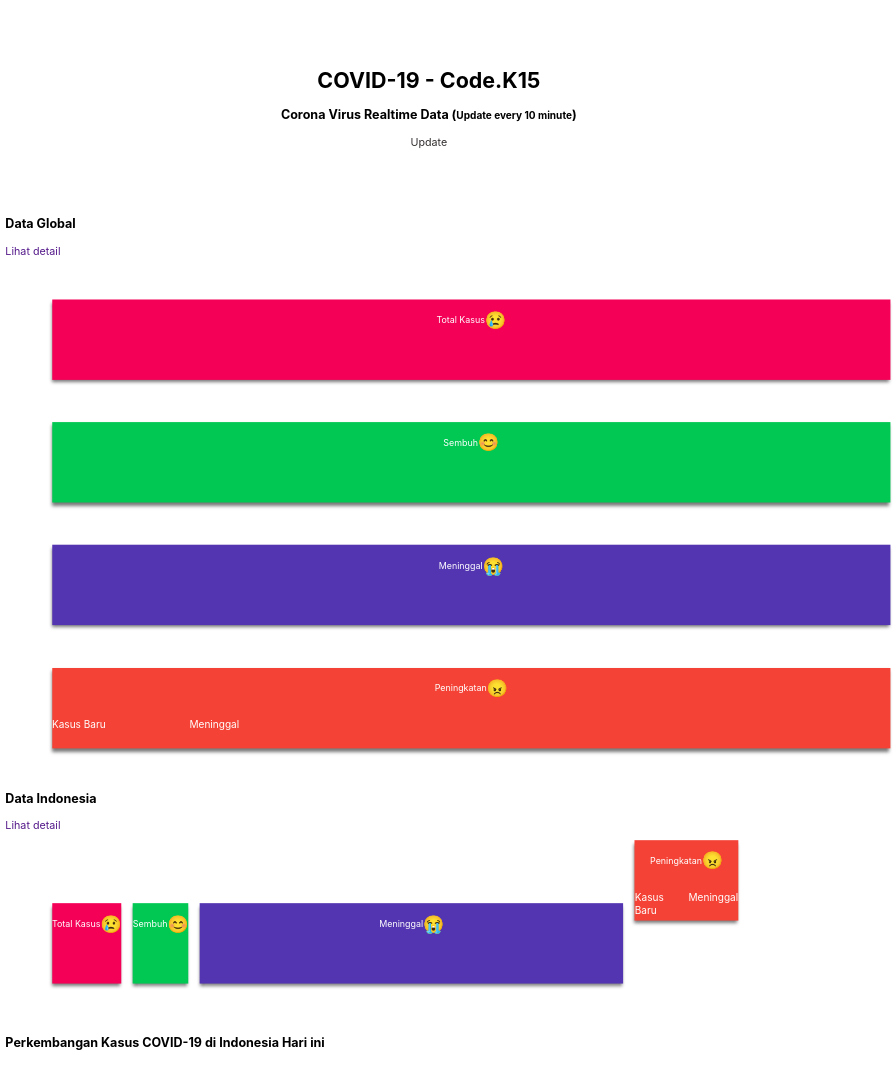
Repository: fathur15/covid19-monitoring
Page: http://localhost/covid19/apps/views/data/main/dashboard.php
These files come from the project's save history. The page is drawn as it stood at one moment and after the next save; the edit follows.
The browser window is 1280 px wide. The page is 1335 px wide, so the pictures cover 1335 px, including what lies to the right of the window. The pictures show the whole page, at 67% of full size.
The page is run by PHP 8.4 with error messages shown; the project is at /var/www/html/.

Above is the page before, as saved 2020-04-17 11:17:26.

### apps/views/data/main/dashboard.php

<style>
    *{
        font-family: -apple-system, BlinkMacSystemFont, 'Segoe UI', Roboto, Oxygen, Ubuntu, Cantarell, 'Open Sans', 'Helvetica Neue', sans-serif
    }
    .resume p, h5{
        color: white;
        font-weight: 400;
    }
    .shadow-box{
        -webkit-box-shadow: 0 15px 10px #777;
        -moz-box-shadow: 0 15px 10px #777;
        box-shadow: 0 5px 5px #777;

    }
    .content-main-wrapper{
        margin: 5% 0;
    }
    /* .shadow-box:after{
        -webkit-transform: rotate(3deg);
        -moz-transform: rotate(3deg);
        -o-transform: rotate(3deg);
        -ms-transform: rotate(3deg);
        transform: rotate(3deg);
        right: 10px;
        left: auto;
    } */

</style>
<div class="content">
    <div class="heading" style="margin: 100px 30%; text-align: center">
        <h1>COVID-19 - Code.K15</h1>
        <h3>Corona Virus Realtime Data (<small style="font-size: 15px">Update every 10 minute</small>)</h3>
        <p id="date-update" style="color: #353030;">Update</p>
    </div>
    <div class="main">
        <div class="container">
            <div class="row content-main-wrapper">
                <div class="head-main-content">
                    <h3>Data Global</h3>
                    <a style="text-decoration: none" href="">Lihat detail  <i class="fas fa-long-arrow-alt-right" aria-hidden="true"></i></a>
                </div>
                <div id="resumeGlobal" class="row resume" style="width: 100%; margin: 0 5%" >
                        <div class="card col-sm-3 shadow-box" style="background: #f50057; margin:5% 0.5%; align-items: center; height: 120px ">
                            <div class="card-body">
                                <div style="flex-direction: row; display: flex; justify-content: center; align-items: center">
                                    <h5 id="title-kasus-global" class="card-text">Total Kasus</h5>
                                    <span style="color: black; font-size: 25px; text-shadow: 0 0 0 yellow">&#x1F622</span>
                                </div>
                                <p class="card-text" id="kasus-global"></p>
                            </div>
                        </div>
                        <div class="col-sm-3 shadow-box" style="background: #00c853; margin: 5% 0.5%; align-items: center; height: 120px ">
                            <div class="card-body">
                                <div style="flex-direction: row; display: flex; justify-content: center; align-items: center">
                                    <h5 id="title-kasus-global" class="card-text">Sembuh</h5>
                                    <span style="color: black; font-size: 25px; text-shadow: 0 0 0 yellow">&#x1F60A</span>
                                </div>
                                <p class="card-text" id="sembuh-global"></p>
                                <!-- <p style="">Orang</p> -->
                            </div>
                        </div>
                        <div class=" card col-sm-3 shadow-box" style="margin:5% 0.5%;height: 120px;align-items: center;  background :#5335b1">
                            <div class="card-body">
                                <div style="flex-direction: row; display: flex; justify-content: center; align-items: center;">
                                    <h5 id="title-kasus-global" class="card-text">Meninggal</h5>
                                    <span style="color: black; font-size: 25px; text-shadow: 0 0 0 yellow">&#x1F62D</span>
                                </div>
                                <p class="card-text" id="meninggal-global"></p>
                                <!-- <p style="">Orang</p> -->
                            </div>
                        </div>
                        <div class="card col-sm-3 shadow-box" style="margin:5% 0.5%; height: 120px; background: #f44336">
                            <div class="card-body">
                                <div style="flex-direction: row; display: flex; justify-content: center; align-items: center;">
                                    <h5 id="title-kasus-global" class="card-text">Peningkatan</h5>
                                    <span style="color: black; font-size: 25px; text-shadow: 0 0 0 yellow">&#x1F620</span>
                                </div>
                                <div style="flex-direction: row; display: flex;">
                                    <p style="font-size: 15px">Kasus Baru</p>
                                    <p style="margin-left: 10%; font-size: 15px">Meninggal </p>
                                </div>
                                <div style="display: flex; margin-top: -9%">
                                    <p style="font-size: 15px" class="card-text" id="kasus-baru-global"></p>
                                    <p style="margin-left: 10%; font-size: 15px" class="card-text" id="meninggal-baru-global"></p>
                                </div>
                            </div>
                        </div>
                    </div>
                </div>
            <div class="row content-main-wrapper" >
                <div class="head-main-content">
                    <h3>Data Indonesia</h3>
                    <a style="text-decoration: none" href="">Lihat detail  <i class="fas fa-long-arrow-alt-right" aria-hidden="true"></i></a>
                </div>
                <div id="resumeIndonesia" class="row resume" style="width: 100%; margin: 0 5%;" >
                    <div class="card col-sm-12 col-md-6 col-lg-6 col-xl-3 shadow-box" style="background: #f50057; margin: 1% 0.5%; display: inline-block; align-items: center; height: 120px ">
                        <div class="card-body">
                            <div style="flex-direction: row; display: flex; justify-content: center; align-items: center">
                                <h5 id="title-kasus-indonesia" class="card-text">Total Kasus</h5>
                                <span style="color: black; font-size: 25px; text-shadow: 0 0 0 yellow">&#x1F622</span>
                            </div>
                            <p style="font-size: 14px" class="card-text" id="kasus-indonesia"></p>
                        </div>
                    </div>
                    <div class="card col-sm-12 col-md-6 col-lg-6 col-xl-3 shadow-box" style="background: #00c853; margin: 1% 0.5%; display: inline-block; align-items: center; height: 120px ">
                        <div class="card-body">
                            <div style="flex-direction: row; display: flex; justify-content: center; align-items: center">
                                <h5 id="title-kasus-indonesia" class="card-text">Sembuh</h5>
                                <span style="color: black; font-size: 25px; text-shadow: 0 0 0 yellow">&#x1F60A</span>
                            </div>
                            <p class="card-text" id="sembuh-indonesia"></p>
                        </div>
                    </div>
                    <div class="card col-sm-12 col-md-6 col-lg-6 col-xl-3 shadow-box" style="margin: 1% 0.5%; display: inline-block; height: 120px;align-items: center; width: 50%;  background :#5335b1">
                        <div class="card-body">
                            <div style="flex-direction: row; display: flex; justify-content: center; align-items: center;">
                                <h5 id="title-kasus-indonesia" class="card-text">Meninggal</h5>
                                <span style="color: black; font-size: 25px; text-shadow: 0 0 0 yellow">&#x1F62D</span>
                            </div>
                            <p class="card-text" id="meninggal-indonesia"></p>
                        </div>
                    </div>
                    <div class="card col-sm-12 col-md-6 col-lg-6 col-xl-3 shadow-box" style="margin: 1% 0.5%; display: inline-block; height: 120px; background: #f44336">
                        <div class="card-body">
                            <div style="flex-direction: row; display: flex; justify-content: center; align-items: center;">
                                <h5 id="title-kasus-indonesia" class="card-text">Peningkatan</h5>
                                <span style="color: black; font-size: 25px; text-shadow: 0 0 0 yellow">&#x1F620</span>
                            </div>
                            <div style="flex-direction: row; display: flex;">
                                <p style="font-size: 15px">Kasus Baru</p>
                                <p style="margin-left: 10%; font-size: 15px">Meninggal </p>
                            </div>
                            <div style="display: flex; margin-top: -9%">
                                <p style="font-size: 15px" class="card-text" id="kasus-baru-indonesia"></p>
                                <p style="margin-left: 10%; font-size: 15px" class="card-text" id="meninggal-baru-indonesia"></p>
                            </div>
                        </div>
                    </div>
                </div>
            </div>
            <div class="row content-main-wrapper" >
                <div class="head-main-content">
                    <h3>Perkembangan Kasus COVID-19 di Indonesia Hari ini</h3>
                </div>
            </div>
        </div>
    </div>
</div>

After the next save:
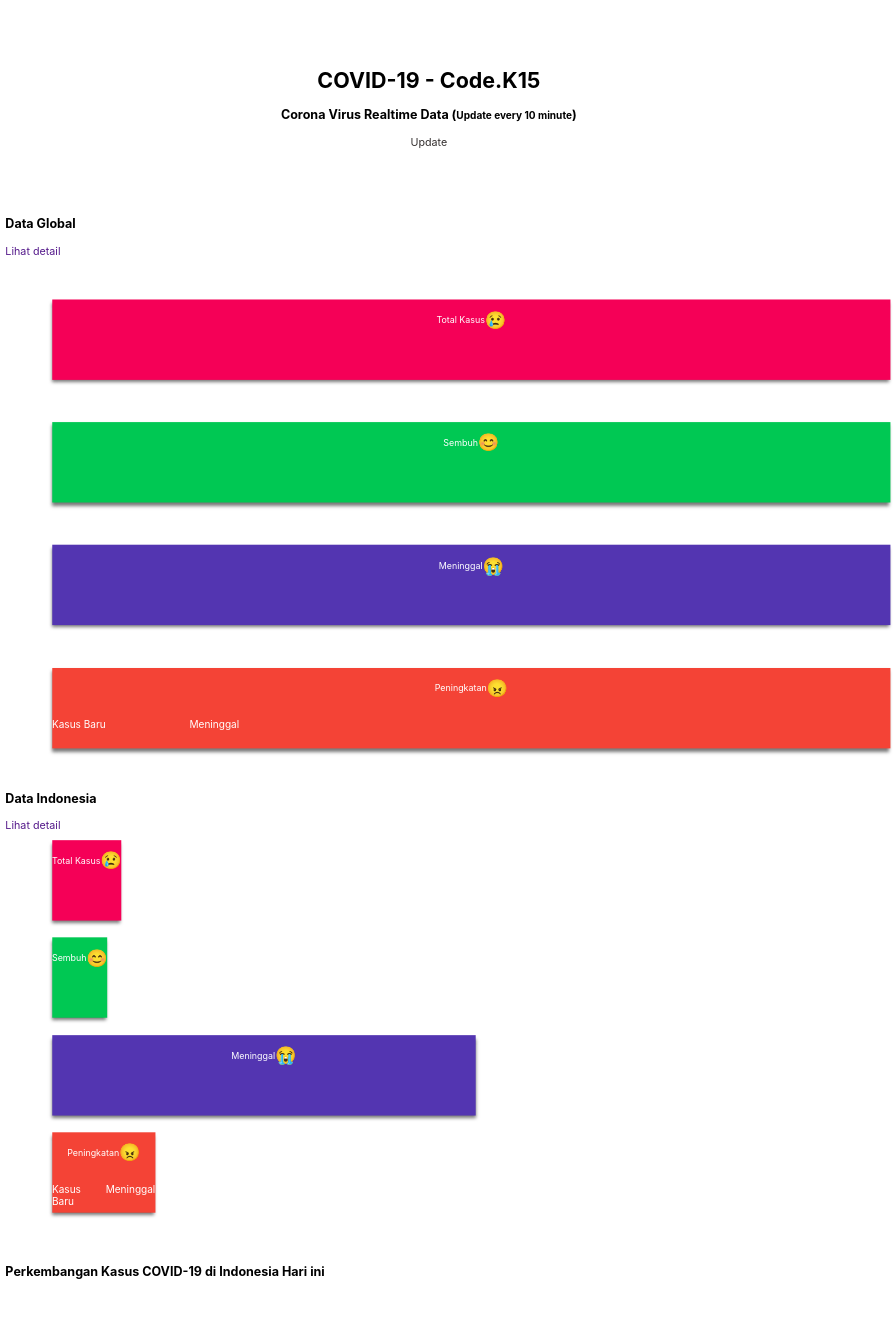
Saved 5 min 3 s later.
--- a/apps/views/data/main/dashboard.php
+++ b/apps/views/data/main/dashboard.php
@@ -93,47 +93,55 @@
                     <h3>Data Indonesia</h3>
                     <a style="text-decoration: none" href="">Lihat detail  <i class="fas fa-long-arrow-alt-right" aria-hidden="true"></i></a>
                 </div>
-                <div id="resumeIndonesia" class="row resume" style="width: 100%; margin: 0 5%;" >
-                    <div class="card col-sm-12 col-md-6 col-lg-6 col-xl-3 shadow-box" style="background: #f50057; margin: 1% 0.5%; display: inline-block; align-items: center; height: 120px ">
-                        <div class="card-body">
-                            <div style="flex-direction: row; display: flex; justify-content: center; align-items: center">
-                                <h5 id="title-kasus-indonesia" class="card-text">Total Kasus</h5>
-                                <span style="color: black; font-size: 25px; text-shadow: 0 0 0 yellow">&#x1F622</span>
+                 <div id="resumeIndonesia" class="row resume" style="width: 100%; margin: 0 5%;" >
+                    <div class ="col-sm-12 col-md-6 col-lg-6 col-xl-3">
+                        <div class="card shadow-box" style="background: #f50057; margin: 1% 0.5%; display: inline-block; align-items: center; height: 120px ">
+                            <div class="card-body">
+                                <div style="flex-direction: row; display: flex; justify-content: center; align-items: center">
+                                    <h5 id="title-kasus-indonesia" class="card-text">Total Kasus</h5>
+                                    <span style="color: black; font-size: 25px; text-shadow: 0 0 0 yellow">&#x1F622</span>
+                                </div>
+                                <p style="font-size: 14px" class="card-text" id="kasus-indonesia"></p>
                             </div>
-                            <p style="font-size: 14px" class="card-text" id="kasus-indonesia"></p>
                         </div>
                     </div>
-                    <div class="card col-sm-12 col-md-6 col-lg-6 col-xl-3 shadow-box" style="background: #00c853; margin: 1% 0.5%; display: inline-block; align-items: center; height: 120px ">
-                        <div class="card-body">
-                            <div style="flex-direction: row; display: flex; justify-content: center; align-items: center">
-                                <h5 id="title-kasus-indonesia" class="card-text">Sembuh</h5>
-                                <span style="color: black; font-size: 25px; text-shadow: 0 0 0 yellow">&#x1F60A</span>
+                    <div class ="col-sm-12 col-md-6 col-lg-6 col-xl-3">
+                        <div class="card shadow-box" style="background: #00c853; margin: 1% 0.5%; display: inline-block; align-items: center; height: 120px ">
+                            <div class="card-body">
+                                <div style="flex-direction: row; display: flex; justify-content: center; align-items: center">
+                                    <h5 id="title-kasus-indonesia" class="card-text">Sembuh</h5>
+                                    <span style="color: black; font-size: 25px; text-shadow: 0 0 0 yellow">&#x1F60A</span>
+                                </div>
+                                <p class="card-text" id="sembuh-indonesia"></p>
                             </div>
-                            <p class="card-text" id="sembuh-indonesia"></p>
                         </div>
                     </div>
-                    <div class="card col-sm-12 col-md-6 col-lg-6 col-xl-3 shadow-box" style="margin: 1% 0.5%; display: inline-block; height: 120px;align-items: center; width: 50%;  background :#5335b1">
-                        <div class="card-body">
-                            <div style="flex-direction: row; display: flex; justify-content: center; align-items: center;">
-                                <h5 id="title-kasus-indonesia" class="card-text">Meninggal</h5>
-                                <span style="color: black; font-size: 25px; text-shadow: 0 0 0 yellow">&#x1F62D</span>
+                    <div class ="col-sm-12 col-md-6 col-lg-6 col-xl-3">
+                        <div class="card shadow-box" style="margin: 1% 0.5%; display: inline-block; height: 120px;align-items: center; width: 50%;  background :#5335b1">
+                            <div class="card-body">
+                                <div style="flex-direction: row; display: flex; justify-content: center; align-items: center;">
+                                    <h5 id="title-kasus-indonesia" class="card-text">Meninggal</h5>
+                                    <span style="color: black; font-size: 25px; text-shadow: 0 0 0 yellow">&#x1F62D</span>
+                                </div>
+                                <p class="card-text" id="meninggal-indonesia"></p>
                             </div>
-                            <p class="card-text" id="meninggal-indonesia"></p>
                         </div>
                     </div>
-                    <div class="card col-sm-12 col-md-6 col-lg-6 col-xl-3 shadow-box" style="margin: 1% 0.5%; display: inline-block; height: 120px; background: #f44336">
-                        <div class="card-body">
-                            <div style="flex-direction: row; display: flex; justify-content: center; align-items: center;">
-                                <h5 id="title-kasus-indonesia" class="card-text">Peningkatan</h5>
-                                <span style="color: black; font-size: 25px; text-shadow: 0 0 0 yellow">&#x1F620</span>
-                            </div>
-                            <div style="flex-direction: row; display: flex;">
-                                <p style="font-size: 15px">Kasus Baru</p>
-                                <p style="margin-left: 10%; font-size: 15px">Meninggal </p>
-                            </div>
-                            <div style="display: flex; margin-top: -9%">
-                                <p style="font-size: 15px" class="card-text" id="kasus-baru-indonesia"></p>
-                                <p style="margin-left: 10%; font-size: 15px" class="card-text" id="meninggal-baru-indonesia"></p>
+                    <div class ="col-sm-12 col-md-6 col-lg-6 col-xl-3">
+                        <div class="card shadow-box" style="margin: 1% 0.5%; display: inline-block; height: 120px; background: #f44336">
+                            <div class="card-body">
+                                <div style="flex-direction: row; display: flex; justify-content: center; align-items: center;">
+                                    <h5 id="title-kasus-indonesia" class="card-text">Peningkatan</h5>
+                                    <span style="color: black; font-size: 25px; text-shadow: 0 0 0 yellow">&#x1F620</span>
+                                </div>
+                                <div style="flex-direction: row; display: flex;">
+                                    <p style="font-size: 15px">Kasus Baru</p>
+                                    <p style="margin-left: 10%; font-size: 15px">Meninggal </p>
+                                </div>
+                                <div style="display: flex; margin-top: -9%">
+                                    <p style="font-size: 15px" class="card-text" id="kasus-baru-indonesia"></p>
+                                    <p style="margin-left: 10%; font-size: 15px" class="card-text" id="meninggal-baru-indonesia"></p>
+                                </div>
                             </div>
                         </div>
                     </div>
